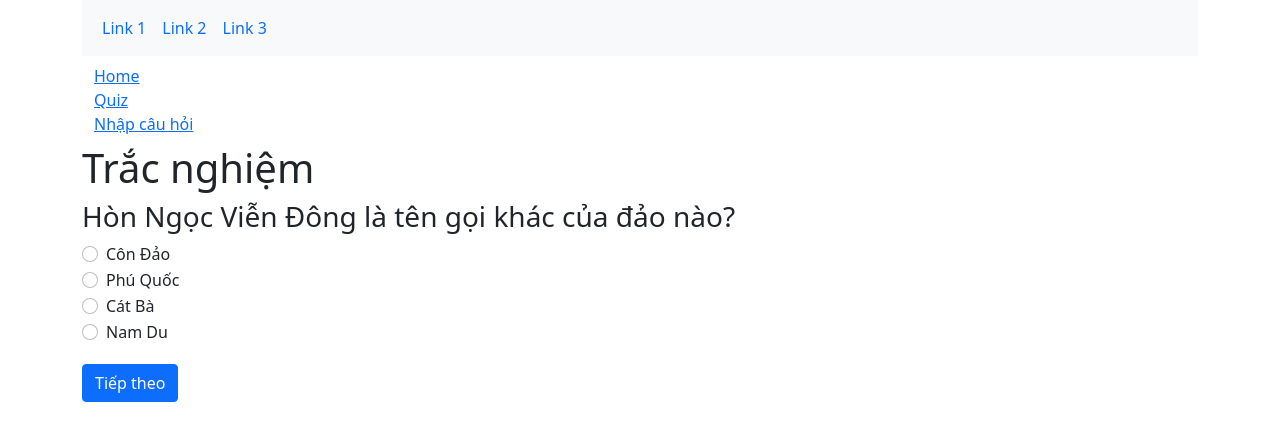
Repository: tran-thien-nhan/quiz_tlln
Page: index.html
The author's editor kept a copy of each file at every save. The page is drawn from the files as they stood at one save, then again after the next save.
The browser window is 1280 px wide. The pictures show the whole page.

Above is the page before, as saved 2023-06-25 10:55:49.

After the next save:
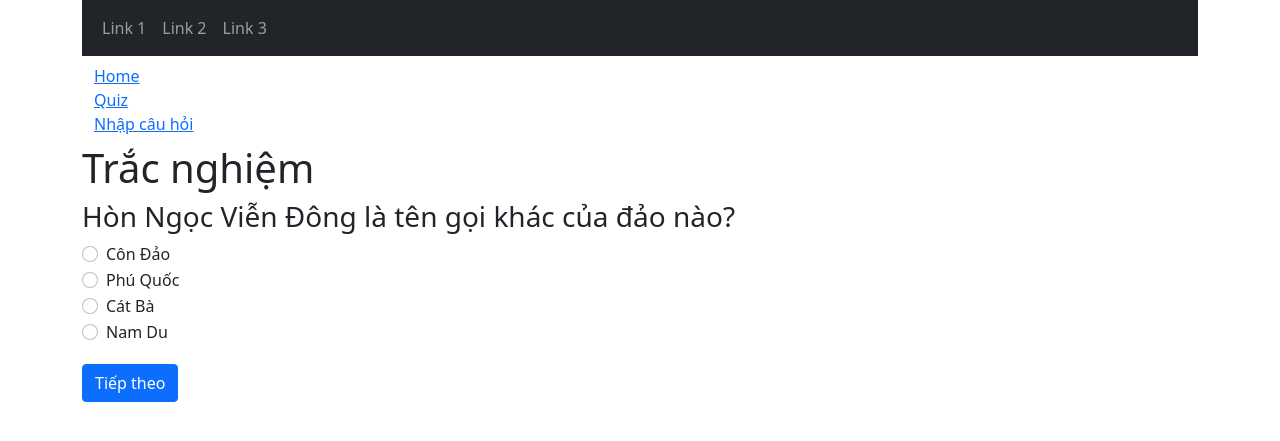
Saved 29 s later.
--- a/index.html
+++ b/index.html
@@ -15,7 +15,7 @@
 
 <body>
     <div class="container">
-        <nav class="navbar navbar-expand-sm bg-light">
+        <nav class="navbar navbar-expand-sm bg-dark navbar-dark">
 
             <div class="container-fluid">
               <!-- Links -->
